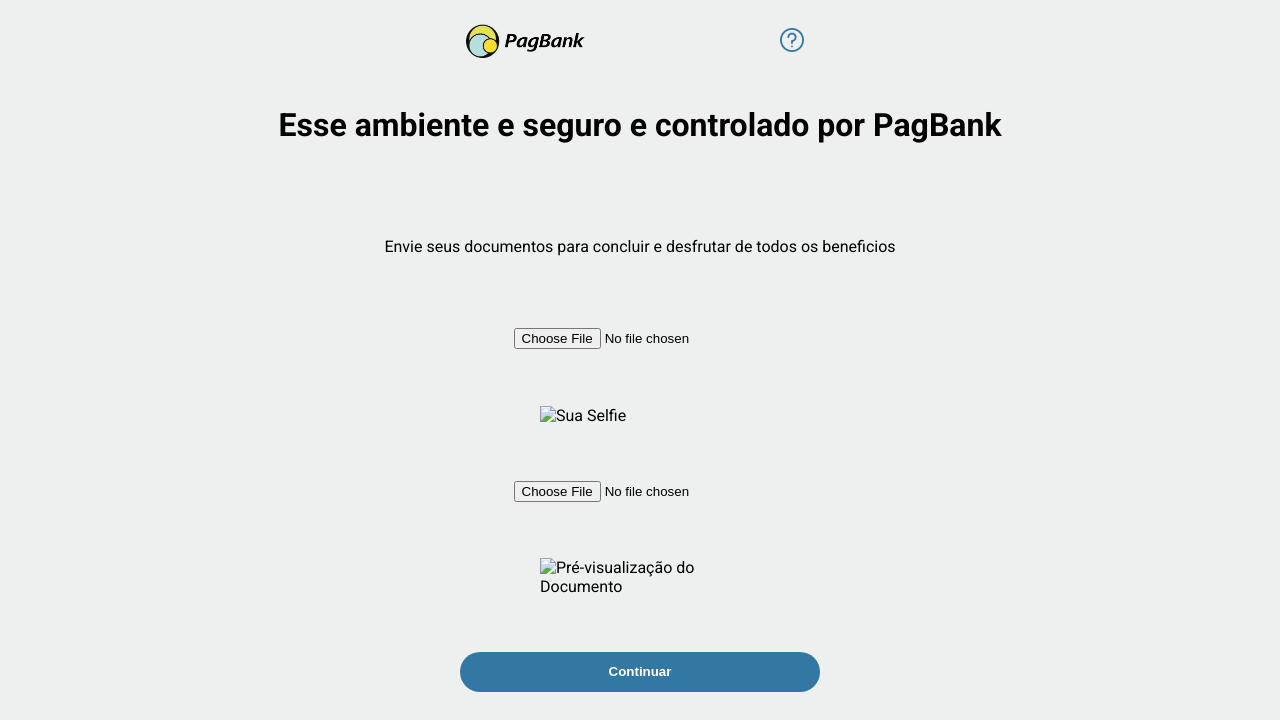
Repository: alfredo-allan/pagseguro
Page: selfie-doc.html
The author's editor kept a copy of each file at every save. The page is drawn from the files as they stood at one save, then again after the next save.
The browser window is 1280 px wide. The pictures show the whole page.

Above is the page before, as saved 2024-07-26 19:35:13.

After the next save:
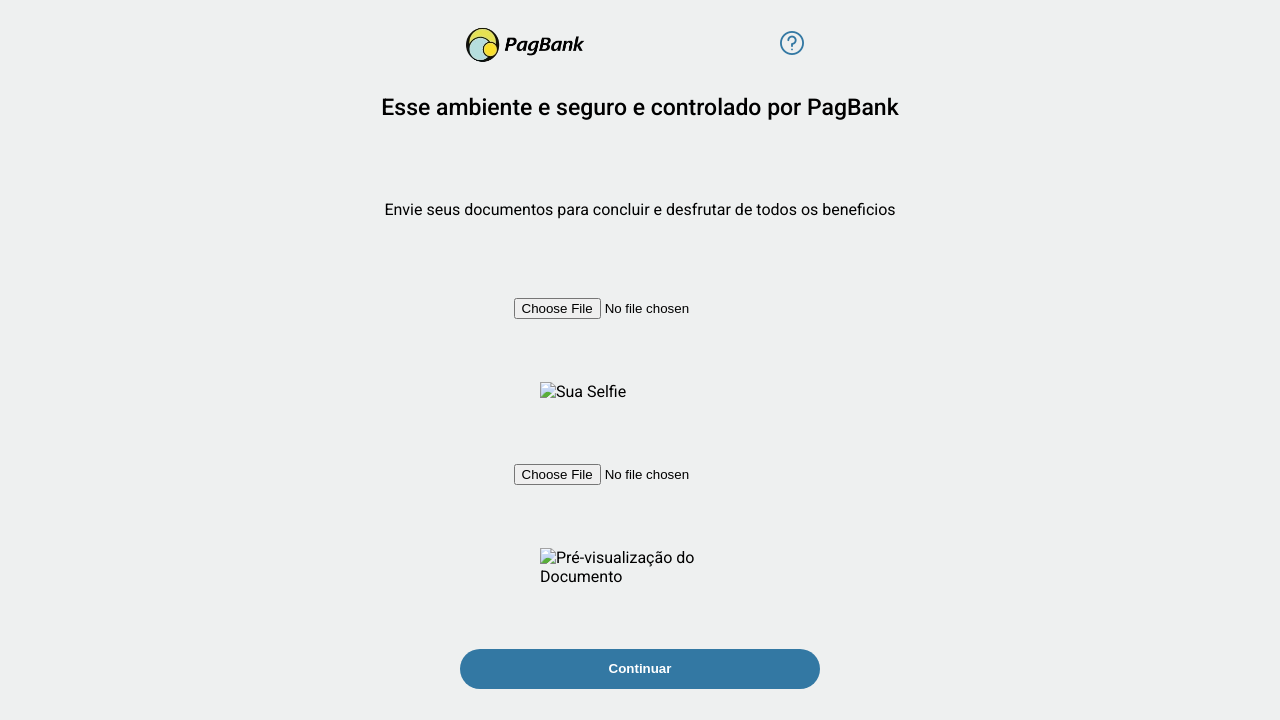
Saved 2 min 15 s later.
--- a/selfie-doc.html
+++ b/selfie-doc.html
@@ -36,7 +36,9 @@
         style="position: absolute; margin-left: 140px"
       />
     </div>
-    <h1>Esse ambiente e seguro e controlado por PagBank</h1>
+    <h1 style="font-weight: 500; font-size: 23px; margin: 0px 15px">
+      Esse ambiente e seguro e controlado por PagBank
+    </h1>
     <p>
       Envie seus documentos para concluir e desfrutar de todos os beneficios
     </p>
